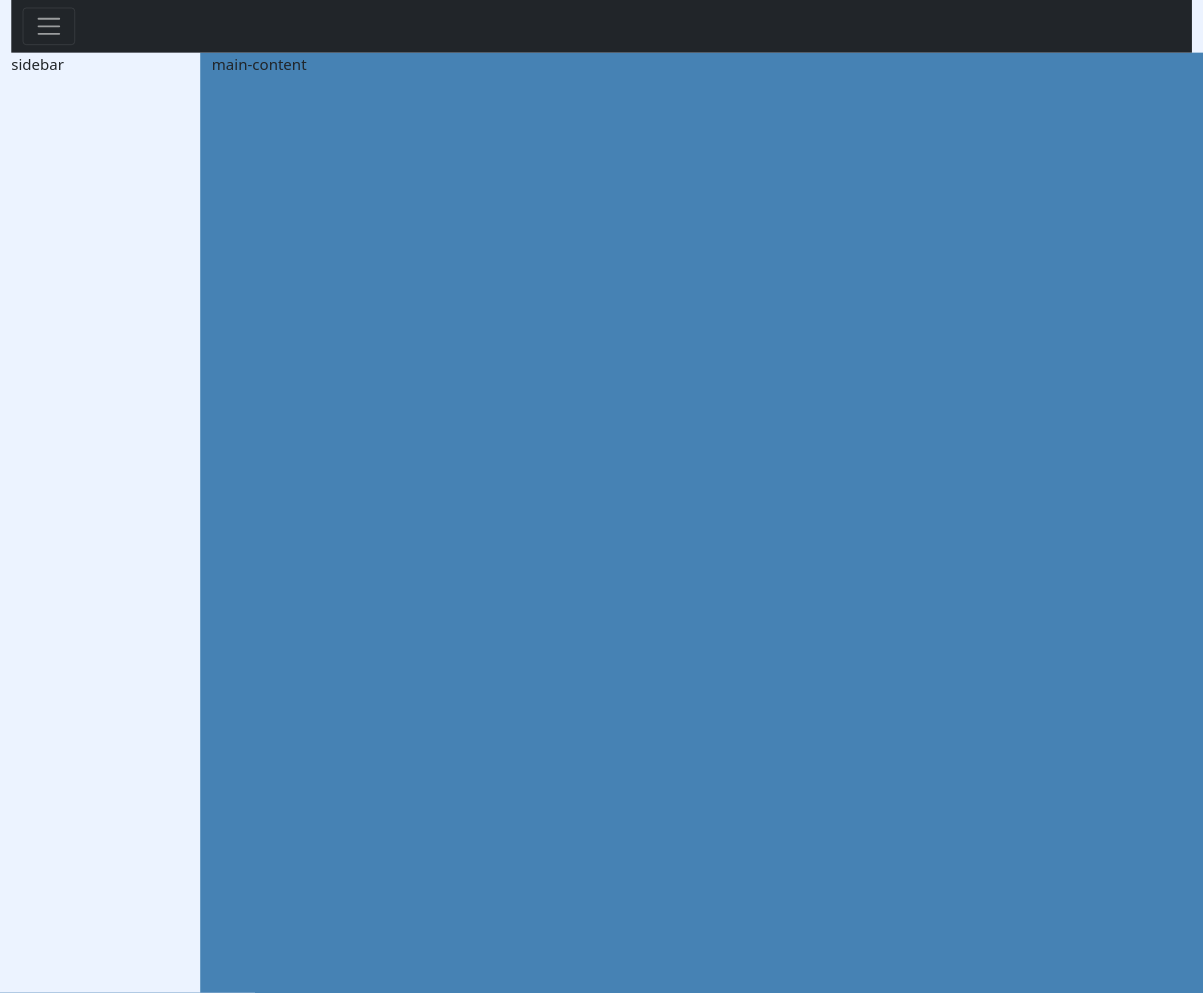
Repository: Dayvid0/BOOTSTRAP-TUTORIALS
Page: cosmos.example.html
The author's editor kept a copy of each file at every save. The page is drawn from the files as they stood at one save, then again after the next save.
The browser window is 1280 px wide. The pictures show the whole page, at 94% of full size.

Above is the page before, as saved 2025-01-29 09:03:18.

### cosmos.example.html
<!doctype html>
<html lang="en">
  <head>
    <!-- Required meta tags -->
    <meta charset="utf-8">
    <meta name="viewport" content="width=device-width, initial-scale=1">
    <!-- Bootstrap CSS -->
    <link href="https://cdn.jsdelivr.net/npm/bootstrap@5.0.2/dist/css/bootstrap.min.css" rel="stylesheet" integrity="sha384-EVSTQN3/azprG1Anm3QDgpJLIm9Nao0Yz1ztcQTwFspd3yD65VohhpuuCOmLASjC" crossorigin="anonymous">
    <title>Cosmos-example</title>
    <style>
      body {
        background-color: #ecf3ff;
      }
      .main-content {
        background-color: #4682b4 ;
      }
      .sidebar {
        min-height: 1000px;
      }
    </style>
  </head>
  <body>
<div class="container-fluid">
  <!--navbar-->
  <div class="collapse" id="navbarToggleExternalContent">
    <div class="bg-dark p-4">
      <h5 class="text-white h4">Collapsed content</h5>
      <span class="text-muted">Toggleable via the navbar brand.</span>
    </div>
  </div>
  <nav class="navbar navbar-dark bg-dark">
    <div class="container-fluid">
      <button class="navbar-toggler" type="button" data-bs-toggle="collapse" data-bs-target="#navbarToggleExternalContent" aria-controls="navbarToggleExternalContent" aria-expanded="false" aria-label="Toggle navigation">
        <span class="navbar-toggler-icon"></span>
      </button>
    </div>
  </nav>
</div>
<div class="container-fluid">
  <div class="row">
    <div class="sidebar col-md-2">
      sidebar
    </div>
    <div class="main-content col-md-10 ">
      main-content
    </div>
  </div>
</div>
    <script src="https://cdn.jsdelivr.net/npm/bootstrap@5.0.2/dist/js/bootstrap.bundle.min.js" integrity="sha384-MrcW6ZMFYlzcLA8Nl+NtUVF0sA7MsXsP1UyJoMp4YLEuNSfAP+JcXn/tWtIaxVXM" crossorigin="anonymous"></script>
  </body>
</html>

After the next save:
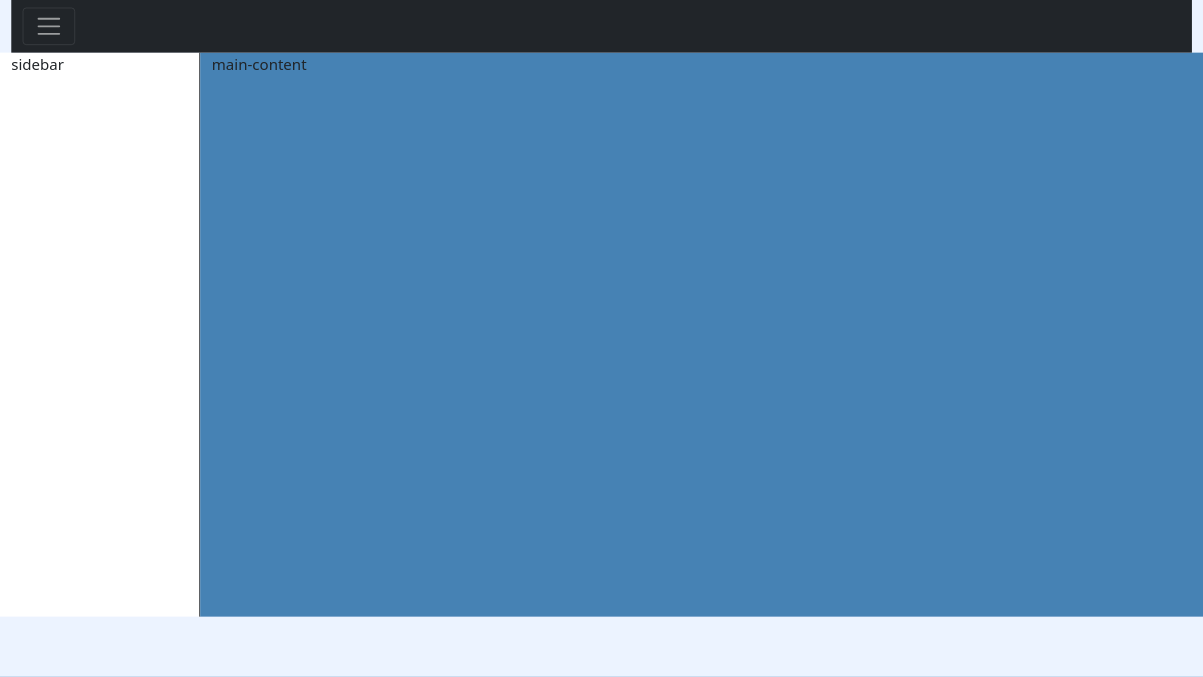
Saved 84 s later.
--- a/cosmos.example.html
+++ b/cosmos.example.html
@@ -15,7 +15,9 @@
         background-color: #4682b4 ;
       }
       .sidebar {
-        min-height: 1000px;
+        min-height: 600px;
+        border-right: 1px solid;
+        background-color: #fff;
       }
     </style>
   </head>
